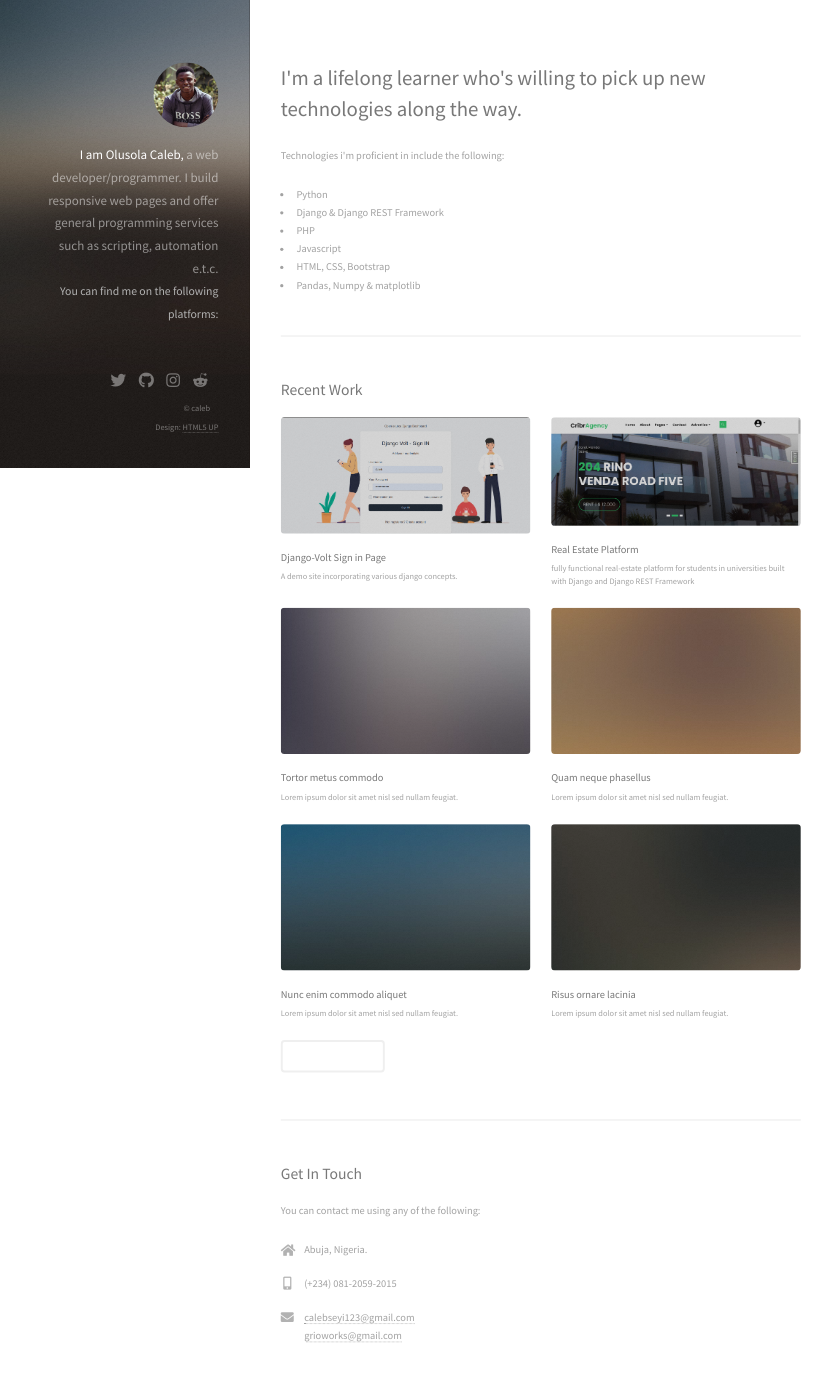
Repository: Caleb40/Caleb40.github.io
Page: index.html
The author's editor kept a copy of each file at every save. The page is drawn from the files as they stood at one save, then again after a run of saves.
The browser window is 1280 px wide. The pictures show the whole page, at 65% of full size.

Above is the page before, as saved 2022-07-13 00:06:16.

### index.html
<!DOCTYPE HTML>
<html lang="en">

<head>
	<title>Olusola Caleb O.</title>
	<meta charset="utf-8" />
	<meta name="viewport" content="width=device-width, initial-scale=1, user-scalable=no" />
	<link rel="stylesheet" href="assets/css/main.css" />
</head>

<body class="is-preload">

	<!-- Header -->
	<header id="header">
		<div class="inner">
			<a href="#" class="image avatar"><img src="images/Photo_1607349133627.jpg" alt="profile" height="100px" width="100px" /></a>
			<h1 id="desc"><strong>I am Olusola Caleb,</strong><br> a web developer/programmer.<br />
				I build responsive web pages and offer general programming services such as scripting, automation e.t.c.
				<p id="findme">You can find me on <br> the following platforms:</p>
			</h1>

		</div>
	</header>

	<!-- Main -->
	<div id="main">

		<!-- One -->
		<section id="one">
			<header class="major">
				<h2>I'm a lifelong learner who's willing to pick up new technologies along the way.</h2>
			</header>
			<p>Technologies i'm proficient in include the following: </p>
			<ul>
				<li>Python</li>
				<li>Django & Django REST Framework</li>
				<li>PHP</li>
				<li>Javascript</li>
				<li>HTML, CSS, Bootstrap</li>
				<li>Pandas, Numpy & matplotlib</li>

			</ul>
			<!-- <ul class="actions">
				<li><a href="#" class="button">Learn More</a></li>
			</ul> -->
		</section>

		<!-- Two -->
		<section id="two">
			<h2>Recent Work</h2>
			<div class="row">
				<article class="col-6 col-12-xsmall work-item">
					<a href="images/portfolio/20220712_184121.png" class="image fit thumb"><img src="images/portfolio/20220712_184121.png" alt="" /></a>
					<h3>Django-Volt Sign in Page</h3>
					<p>A demo site incorporating various django concepts.</p>
				</article>
				<article class="col-6 col-12-xsmall work-item">
					<a href="images/portfolio/20220712_184159.png" class="image fit thumb"><img src="images/portfolio/20220712_184159.png"/></a>
					<h3>Real Estate Platform</h3>
					<p>fully functional real-estate platform for students in universities built with Django and Django REST Framework</p>
				</article>
				<article class="col-6 col-12-xsmall work-item">
					<a href="images/fulls/03.jpg" class="image fit thumb"><img src="images/thumbs/03.jpg" alt="" /></a>
					<h3>Tortor metus commodo</h3>
					<p>Lorem ipsum dolor sit amet nisl sed nullam feugiat.</p>
				</article>
				<article class="col-6 col-12-xsmall work-item">
					<a href="images/fulls/04.jpg" class="image fit thumb"><img src="images/thumbs/04.jpg" alt="" /></a>
					<h3>Quam neque phasellus</h3>
					<p>Lorem ipsum dolor sit amet nisl sed nullam feugiat.</p>
				</article>
				<article class="col-6 col-12-xsmall work-item">
					<a href="images/fulls/05.jpg" class="image fit thumb"><img src="images/thumbs/05.jpg" alt="" /></a>
					<h3>Nunc enim commodo aliquet</h3>
					<p>Lorem ipsum dolor sit amet nisl sed nullam feugiat.</p>
				</article>
				<article class="col-6 col-12-xsmall work-item">
					<a href="images/fulls/06.jpg" class="image fit thumb"><img src="images/thumbs/06.jpg" alt="" /></a>
					<h3>Risus ornare lacinia</h3>
					<p>Lorem ipsum dolor sit amet nisl sed nullam feugiat.</p>
				</article>
			</div>
			<ul class="actions">
				<li><a href="https://www.linkedin.com/in/caleb-olusola/" class="button"></a></li>
			</ul>
		</section>

		<!-- Three -->
		<section id="three">
			<h2>Get In Touch</h2>
			<p>You can contact me using any of the following:</p>
			<div class="row">
				<!-- <div class="col-8 col-12-small">
					<form method="post" action="#">
						<div class="row gtr-uniform gtr-50">
							<div class="col-6 col-12-xsmall"><input type="text" name="name" id="name"
									placeholder="Name" /></div>
							<div class="col-6 col-12-xsmall"><input type="email" name="email" id="email"
									placeholder="Email" /></div>
							<div class="col-12"><textarea name="message" id="message" placeholder="Message"
									rows="4"></textarea></div>
						</div>
					</form>
					<ul class="actions">
						<li><input type="submit" value="Send Message" /></li>
					</ul>

				</div> -->
				<div class="col-4 col-12-small">
					<ul class="labeled-icons">
						<li>
							<h3 class="icon solid fa-home"><span class="label">Address</span></h3>
							Abuja,
							Nigeria.<br>
						</li>
						<li>
							<h3 class="icon solid fa-mobile-alt"><span class="label">Phone</span></h3>
						(+234) 081-2059-2015
						</li>
						<li>
							<h3 class="icon solid fa-envelope"><span class="label">Email</span></h3>
							<a href="">calebseyi123@gmail.com <br> grioworks@gmail.com</a>
						</li>
					</ul>
				</div>
			</div>
		</section>



	<!-- Footer -->
	<footer id="footer">
		<div class="inner">
			<!-- <p id="phone">Contact: 08120592015</p>
			<p id="email">E-mail: calebseyi123@gmail.com</p> -->
			<ul class="icons">
				<li><a href="https://twitter.com/caleb_mnb" class="icon brands fa-twitter"><span
							class="label">Twitter</span></a></li>
				<li><a href="https://github.com/Caleb40" class="icon brands fa-github"><span
							class="label">Github</span></a></li>
				<li><a href="https://www.instagram.com/itz_calebking/" class="icon brands fa-instagram"><span
							class="label">Instagram</span></a></li>
				<li><a href="https://www.reddit.com/user/caleb_king" class="icon brands fa-reddit-alien"><span
							class="label">Reddit</span></a></li>
				<ul class="copyright">
					<li>&copy; caleb</li>
					<li>Design: <a href="http://html5up.net">HTML5 UP</a></li>
				</ul>

			</ul>
		</div>
	</footer>

	<!-- Scripts -->
	<script src="assets/js/jquery.min.js"></script>
	<script src="assets/js/jquery.poptrox.min.js"></script>
	<script src="assets/js/browser.min.js"></script>
	<script src="assets/js/breakpoints.min.js"></script>
	<script src="assets/js/util.js"></script>
	<script src="assets/js/main.js"></script>

</body>

</html>

Loaded but not shown: assets/js/jquery.min.js (library); assets/js/jquery.poptrox.min.js (library); assets/js/browser.min.js (common file); assets/js/breakpoints.min.js (common file); assets/css/fontawesome-all.min.css (library); assets/js/util.js (587 lines, source omitted); assets/js/main.js (117 lines, source omitted); assets/css/main.css (3241 lines, source omitted)

After the next 2 saves:
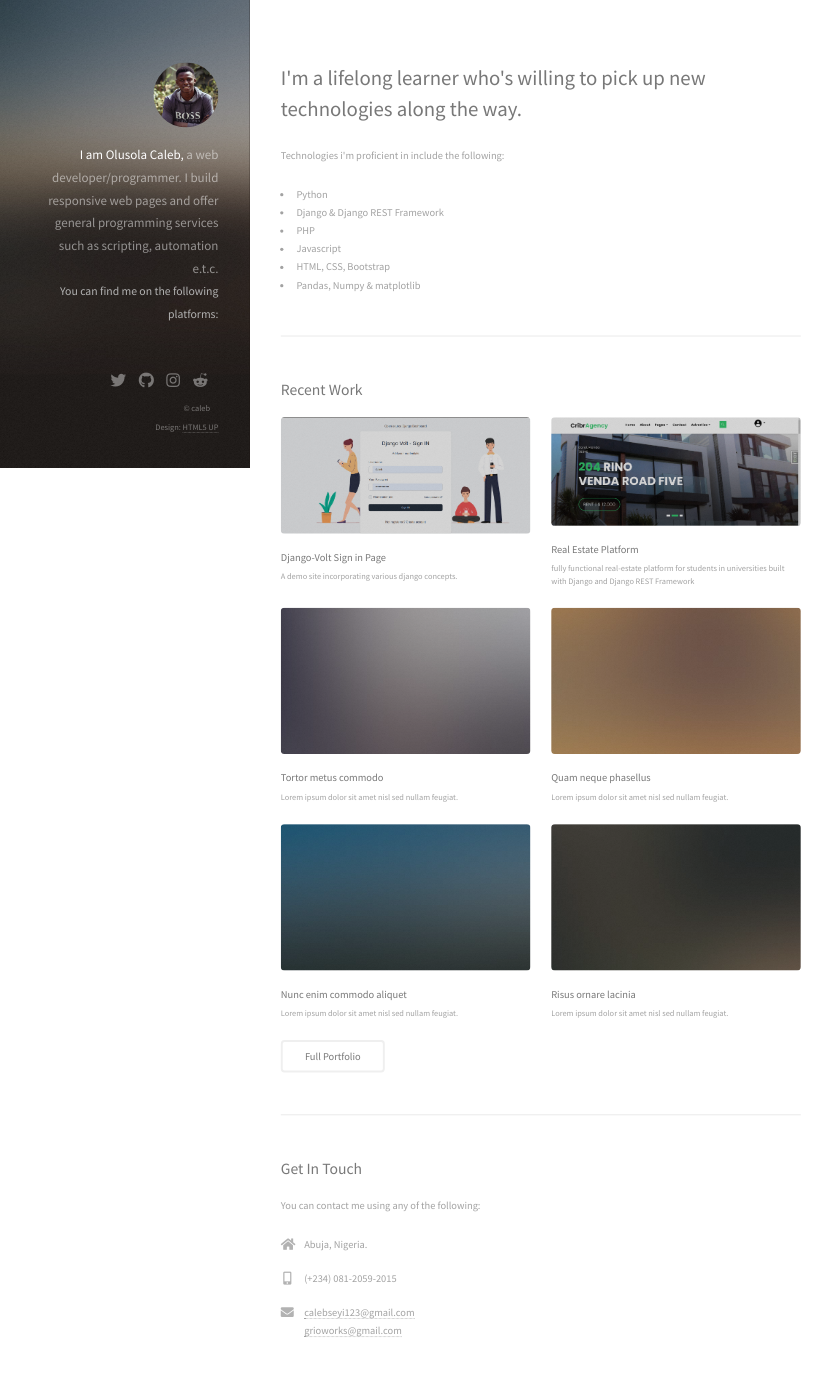
The 2 saves are shown as one change because they came seconds apart.
The last was saved 8 s later.
--- a/index.html
+++ b/index.html
@@ -81,7 +81,7 @@
 				</article>
 			</div>
 			<ul class="actions">
-				<li><a href="https://www.linkedin.com/in/caleb-olusola/" class="button"></a></li>
+				<li><a href="https://www.linkedin.com/in/caleb-olusola/" class="button">Full Portfolio</a></li>
 			</ul>
 		</section>
 
